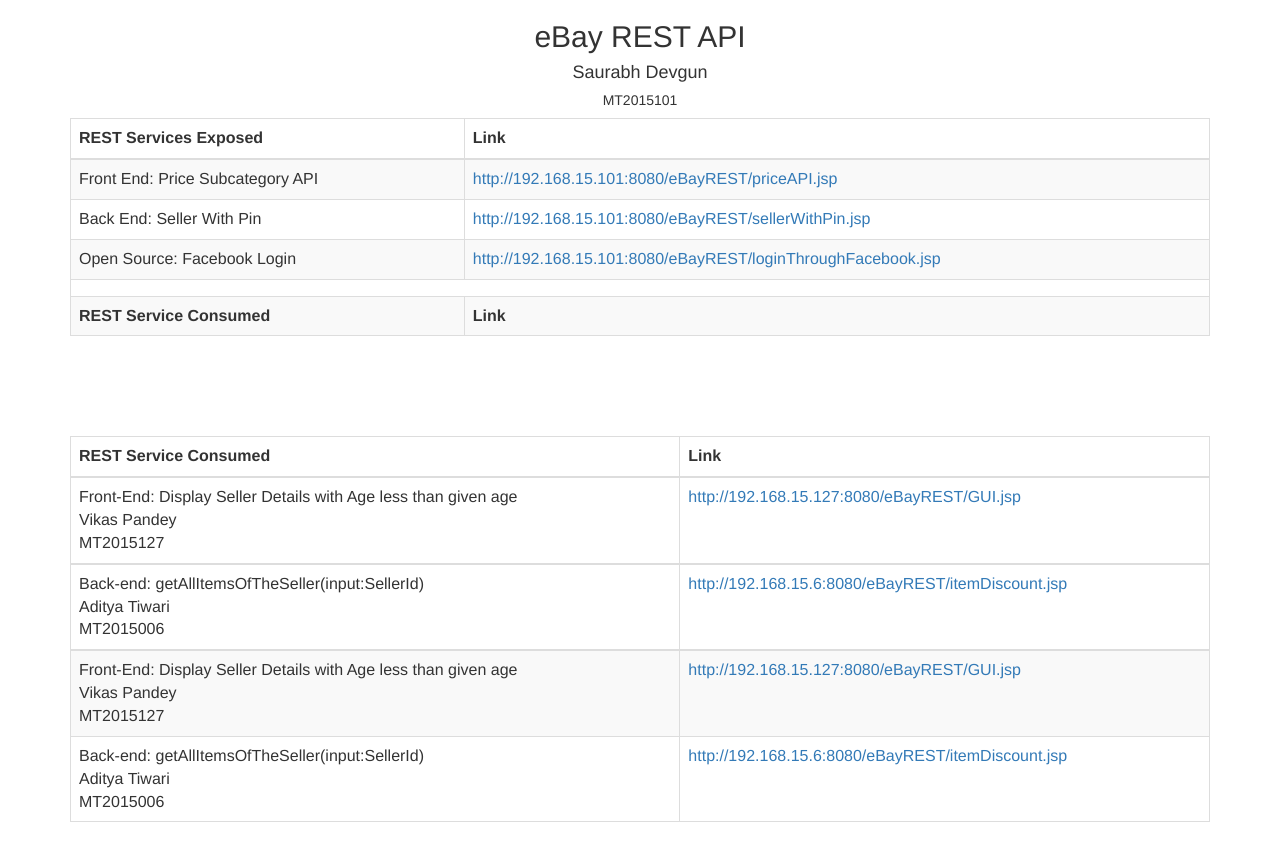
Repository: saurabh-devgun-iiitb/RESTProject
Page: http://localhost/eBayREST/
An editor plug-in stored every save of this project. The page is shown before and after the next save, followed by the edit.
The browser window is 1280 px wide. The pictures show the whole page.
The page is served by Tomcat 9.

Above is the page before, as saved 2016-07-23 06:14:51.

After the next save:
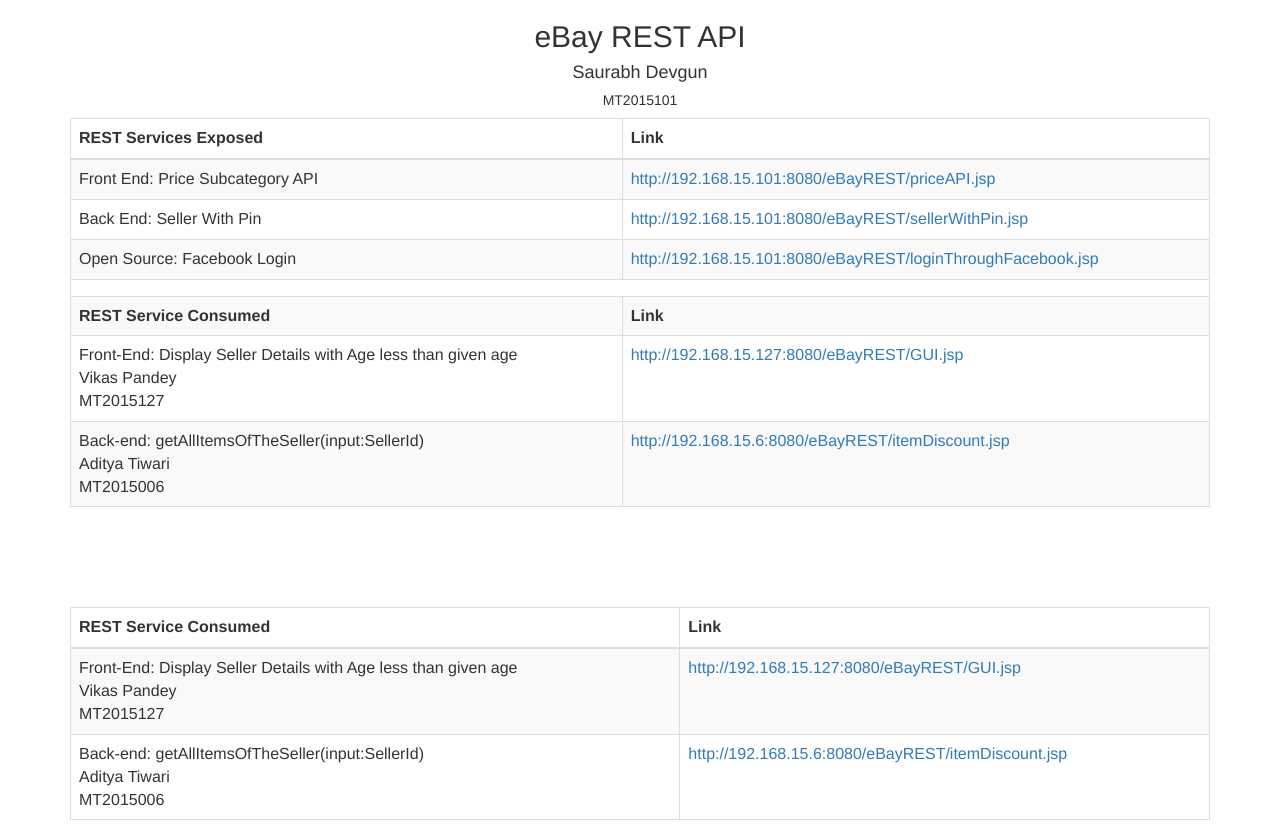
Saved 46 s later.
--- a/eBayREST/WebContent/index.jsp
+++ b/eBayREST/WebContent/index.jsp
@@ -39,6 +39,14 @@
           <th>REST Service Consumed</th>
           <th>Link</th>
         </tr>
+        <tr>
+          <td>Front-End: Display Seller Details with Age less than given age<br>Vikas Pandey<br>MT2015127</td>
+          <td><a href="http://192.168.15.127:8080/eBayREST/GUI.jsp">http://192.168.15.127:8080/eBayREST/GUI.jsp</a></td>
+        </tr>
+        <tr>
+          <td>Back-end: getAllItemsOfTheSeller(input:SellerId)<br>Aditya Tiwari<br>MT2015006</td>
+          <td><a href="http://192.168.15.6:8080/eBayREST/itemDiscount.jsp">http://192.168.15.6:8080/eBayREST/itemDiscount.jsp</a></td>
+        </tr>
       </tbody>
     </table>
     </div>
@@ -49,14 +57,6 @@
         <tr>
           <th>REST Service Consumed</th>
           <th>Link</th>
-        </tr>
-        <tr>
-          <td>Front-End: Display Seller Details with Age less than given age<br>Vikas Pandey<br>MT2015127</td>
-          <td><a href="http://192.168.15.127:8080/eBayREST/GUI.jsp">http://192.168.15.127:8080/eBayREST/GUI.jsp</a></td>
-        </tr>
-        <tr>
-          <td>Back-end: getAllItemsOfTheSeller(input:SellerId)<br>Aditya Tiwari<br>MT2015006</td>
-          <td><a href="http://192.168.15.6:8080/eBayREST/itemDiscount.jsp">http://192.168.15.6:8080/eBayREST/itemDiscount.jsp</a></td>
         </tr>
       </thead>
       <tbody>
